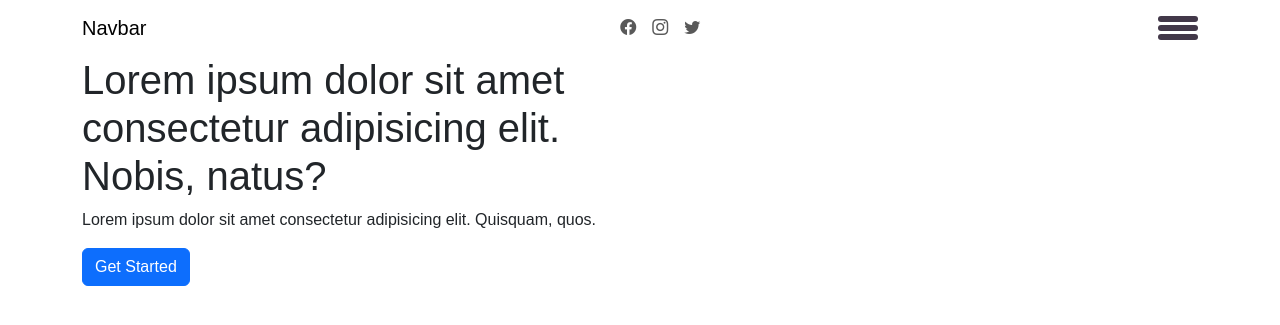
Repository: tagnam/project27012025
Page: index.html
An editor plug-in stored every save of this project. The page is shown before and after a run of saves, followed by the edit.
The browser window is 1280 px wide. The pictures show the whole page.

Above is the page before, as saved 2025-01-27 13:48:28.

### index.html
<!DOCTYPE html>
<html lang="en">
<head>
    <meta charset="UTF-8">
    <meta name="viewport" content="width=device-width, initial-scale=1.0">
    <link href="https://cdn.jsdelivr.net/npm/bootstrap@5.3.3/dist/css/bootstrap.min.css" rel="stylesheet" integrity="sha384-QWTKZyjpPEjISv5WaRU9OFeRpok6YctnYmDr5pNlyT2bRjXh0JMhjY6hW+ALEwIH" crossorigin="anonymous">
    <link rel="stylesheet" href="style/css/index.css">
    <link rel="stylesheet" href="style/css/animation.css">
    <link rel="stylesheet" href="style/css/responsive.css">
    <title>project27012025</title>
</head>
<body>
<header>
    <!-- --------------------------------------------start nav bar ------------------------------->
    <nav class="navbar navbar-expand-lg ">
        <div class="container">


          <div class="collapse navbar-collapse justify-content-between" id="navbarSupportedContent">
            <a class="navbar-brand" href="#">Navbar</a>
            <ul class="navbar-nav  ">

              <li class="nav-item">
                <a class="nav-link" href="#"><i class="bi bi-facebook"></i></a>
              </li>
              <li class="nav-item">
                <a class="nav-link" href="#"><i class="bi bi-instagram"></i></a>
              </li>
              <li class="nav-item">
                <a class="nav-link" href="#"><i class="bi bi-twitter"></i></a>
              </li>

            </ul>
            <div class="d-flex">
               <div class="menu-container">
                <span class="span-menu-01 menu-icon"></span>
                <span class="span-menu-02 menu-icon"></span>
                <span class="span-menu-03 menu-icon"></span>
            </div>
            </div>
          </div>
        </div>
      </nav>
      <!------------------------------------------------ end navbar ----------------------------->
      <section class="container">
        <div class="row">
            <div class="col-lg-6">
                <div class="content">
                    <h1>Lorem ipsum dolor sit amet consectetur adipisicing elit. Nobis, natus?</h1>
                    <p>Lorem ipsum dolor sit amet consectetur adipisicing elit. Quisquam, quos.</p>
                    <button class="btn btn-primary">Get Started</button>
                </div>
            </div>
            <div class="col-lg-6"></div>
        </div>
      </section>

</header>




<script src="https://cdn.jsdelivr.net/npm/bootstrap@5.3.3/dist/js/bootstrap.bundle.min.js" integrity="sha384-YvpcrYf0tY3lHB60NNkmXc5s9fDVZLESaAA55NDzOxhy9GkcIdslK1eN7N6jIeHz" crossorigin="anonymous"></script>
<script src="style/js/custom.js"></script>
</body>
</html>

### style/css/index.css
@import url("https://cdn.jsdelivr.net/npm/bootstrap-icons@1.11.3/font/bootstrap-icons.min.css");

*{
 margin: 0;
padding: 0;
box-sizing: border-box;
}

:root{
    --dark-color:#423849;
    --semi-dark-color:#b46ee0;
    --light-color:#d287d4;
    --main-heading-font-size: 2.5rem;
    --subheading-font-size: 1.5rem;
    --paragraph-font-size: 1rem;

}


body{
    font-family: 'Poppins', sans-serif;


}

.menu-icon{
    display: block;
    width: 40px;
    height: 6px;
    background-color: var(--dark-color);
    margin: 3px auto;
    border-radius: 20px;
    cursor: pointer;
}

Loaded but not shown: style/js/custom.js (no copy from this time; the picture is the same without it); style/css/animation.css (no stored copy; drawn as an empty file); style/css/responsive.css (no stored copy; drawn as an empty file)

After the next 3 saves:
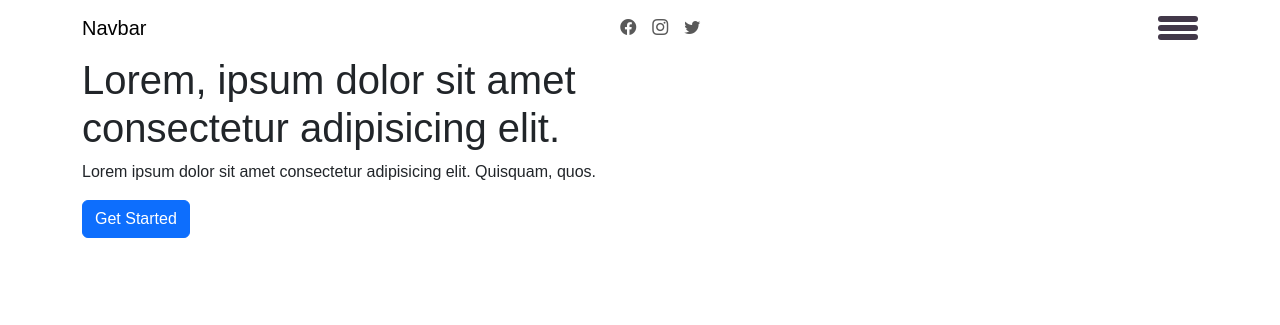
The 3 saves are shown as one change because they came seconds apart.
The last was saved 18 s later.
--- a/index.html
+++ b/index.html
@@ -46,7 +46,7 @@
         <div class="row">
             <div class="col-lg-6">
                 <div class="content">
-                    <h1>Lorem ipsum dolor sit amet consectetur adipisicing elit. Nobis, natus?</h1>
+                    <h1>Lorem, ipsum dolor sit amet consectetur adipisicing elit.</h1>
                     <p>Lorem ipsum dolor sit amet consectetur adipisicing elit. Quisquam, quos.</p>
                     <button class="btn btn-primary">Get Started</button>
                 </div>
